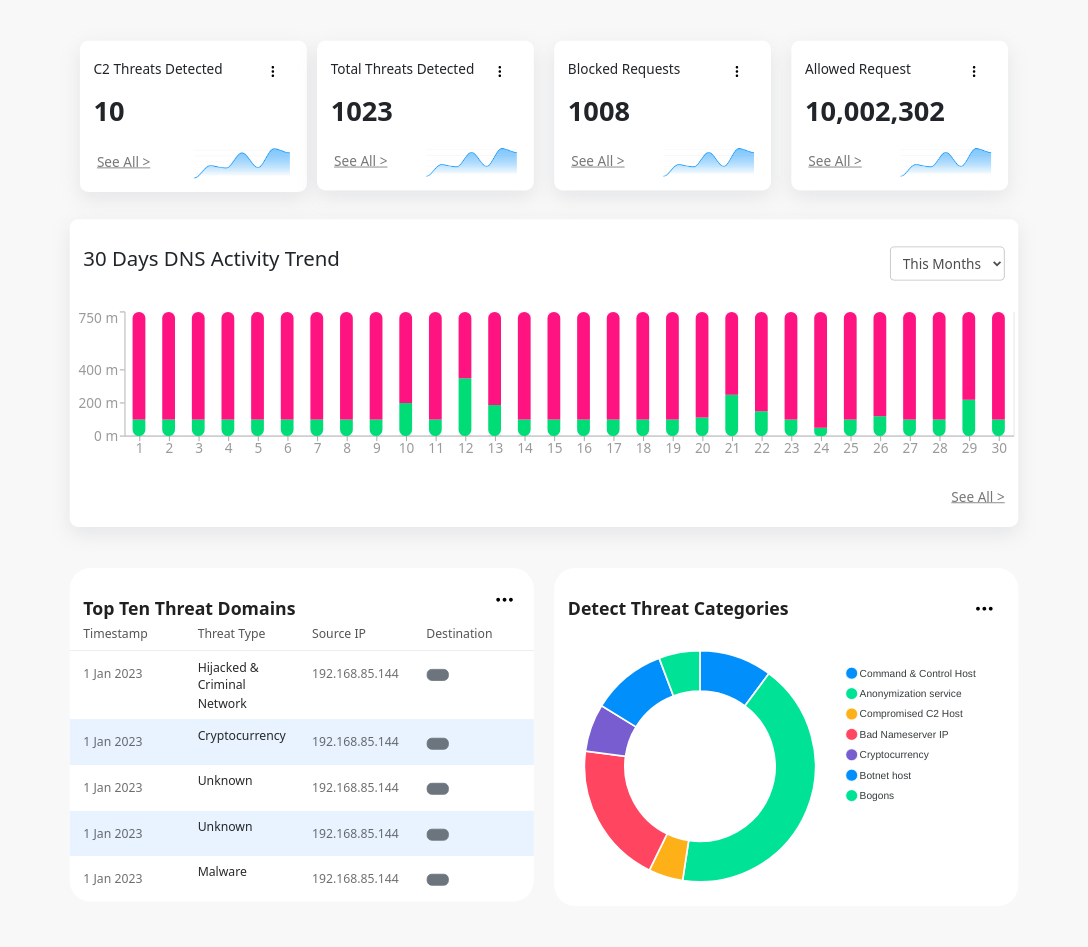
Repository: badhon252/dashboard
Page: /
An editor plug-in stored every save of this project. The page is shown before and after the next save, followed by the edit.
The browser window is 1280 px wide. The pictures show the whole page, at 85% of full size.
The project was rebuilt for these pictures with package versions that can differ from the ones it lists, and the page was loaded fresh each time. Also part of the build but not shown: vite.config.js.

Above is the page before, as saved 2023-01-27 13:12:25.

After the next save:
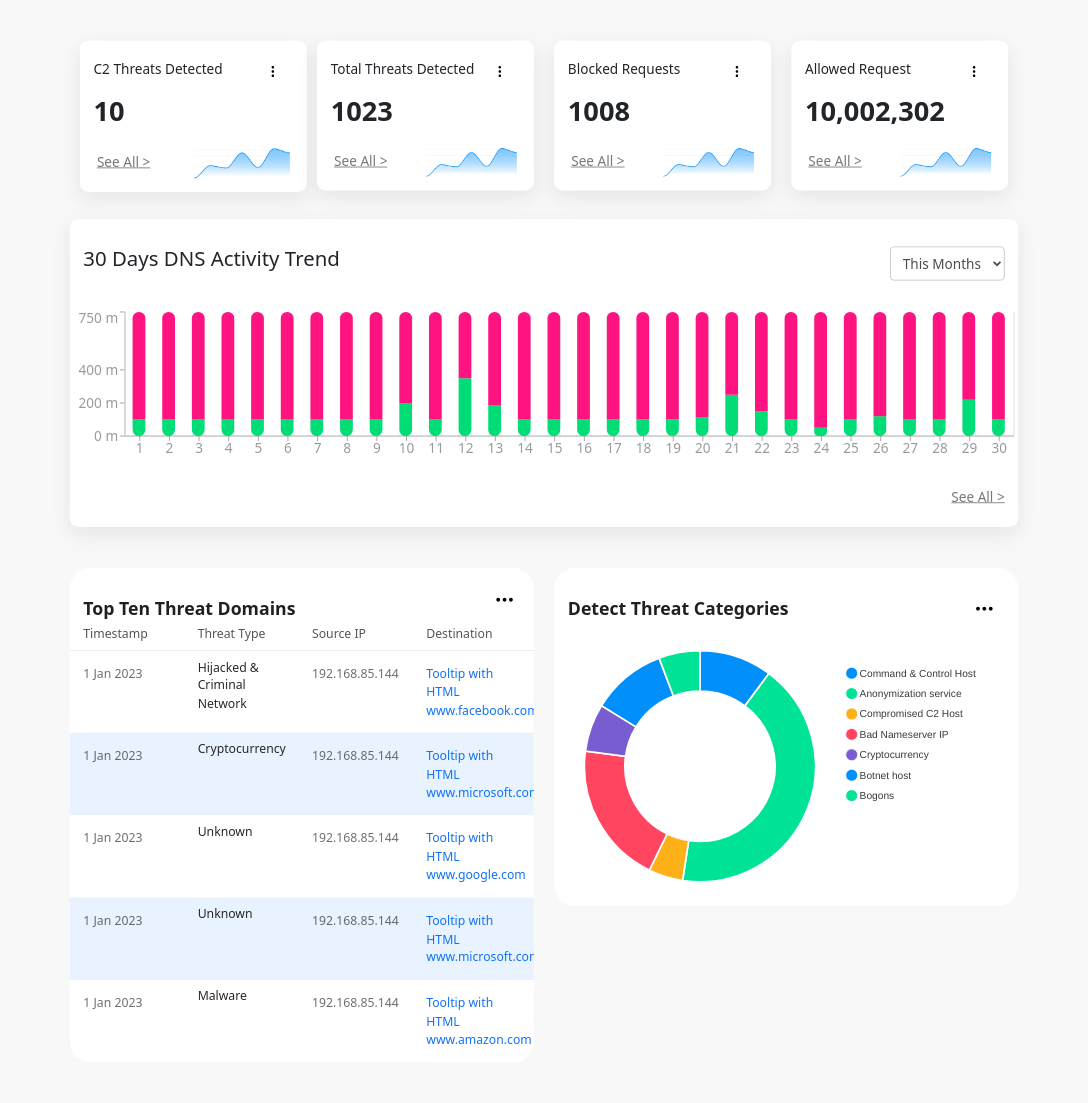
Saved 17 s later.
--- a/src/Components/Analysis/DomainThreat.jsx
+++ b/src/Components/Analysis/DomainThreat.jsx
@@ -13,16 +13,8 @@ const DomainThreat = ({ timestamp, threatType, sourseIp, destination }) => {
       </div>
       <div className="col-md-3 my-3">
         <div className="destination">
-          {(destination && (
-            <button
-              type="button"
-              class="btn btn-secondary"
-              data-bs-toggle="tooltip"
-              data-bs-html="true"
-              title="<em>Tooltip</em> <u>with</u> <b>HTML</b>"
-            ></button>
-          )) ||
-            "Unknown"}
+          {" "}
+          Tooltip with HTML {destination || "Unknown"}
         </div>
       </div>
     </div>
